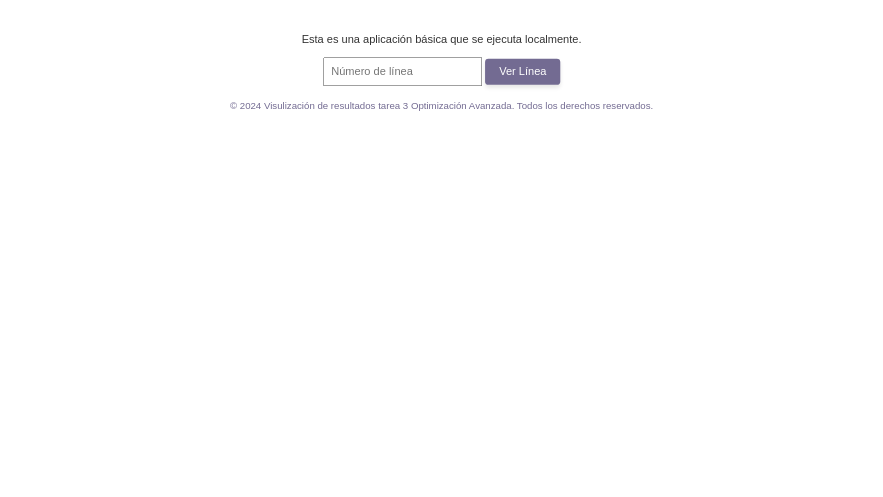
Repository: cflorido/Front_T3
Page: index.html
These files come from the project's save history. The page is drawn as it stood at one moment and after the next save; the edit follows.
The browser window is 1280 px wide. The pictures show the whole page, at 69% of full size.

Above is the page before, as saved 2024-10-22 19:02:12.

### index.html
<!DOCTYPE html>
<html lang="es">
<head>
    <meta charset="UTF-8">
    <meta name="viewport" content="width=device-width, initial-scale=1.0">
    <title>Mi Aplicación HTML Básica</title>
    <style>
        body {
            font-family: Arial, sans-serif;
            background-color: #ffffff; /* Color de fondo */
            color: #333;
            text-align: center;
            padding: 20px;
        }
        button {
            padding: 10px 20px;
            font-size: 16px;
            cursor: pointer;
            background-color: #736B92; /* Color de fondo del botón */
            color: white; /* Color del texto */
            border: none; /* Sin borde */
            border-radius: 5px; /* Bordes redondeados */
            transition: background-color 0.3s; /* Efecto de transición */
            box-shadow: 0 4px 6px rgba(0, 0, 0, 0.1); /* Sombra */
        }
        button:hover {
            background-color: #7D5C65; /* Color más oscuro al pasar el mouse */
        }
        #contenido {
            margin-top: 20px;
            padding: 10px;
            border: 1px solid #7C90DB; /* Borde color */
            background-color: #fff; /* Fondo blanco */
            border-radius: 8px; /* Bordes redondeados */
            box-shadow: 0 2px 10px rgba(0, 0, 0, 0.2); /* Sombra */
            display: none; /* Oculto por defecto */
        }
        table {
            margin: 20px auto;
            border-collapse: collapse;
            width: 80%;
            border-radius: 8px; /* Bordes redondeados */
            overflow: hidden; /* Esconde bordes */
        }
        th, td {
            border: 1px solid #736B92; /* Borde de las celdas */
            padding: 10px;
            text-align: center;
            width: 14.28%; /* Para que se divida el espacio en 7 columnas */
        }
        th {
            background-color: #9593D9; /* Color de fondo del encabezado */
            color: white; /* Color del texto en el encabezado */
            font-weight: bold; /* Texto en negrita */
        }
        td {
            background-color: #E5BEED; /* Color de fondo de las celdas */
            transition: background-color 0.3s; /* Efecto de transición */
        }
        td.utilizado {
            background-color: #7C90DB; /* Color para las franjas utilizadas */
            color: white; /* Color del texto en las celdas utilizadas */
            font-weight: bold; /* Texto en negrita */
        }
        .footer {
            margin-top: 20px;
            font-size: 14px;
            color: #736B92; /* Color del texto del pie de página */
        }
    </style>
</head>
<body>
    <h1>




    </h1>
    <p>Esta es una aplicación básica que se ejecuta localmente.</p>

    <input type="number" id="numeroLinea" placeholder="Número de línea" min="1" style="padding: 10px; font-size: 16px;">
    <button onclick="cargarLinea()">Ver Línea</button>

    <div id="contenido"></div>

    <div class="footer">
        <p>&copy; 2024 Visulización de resultados tarea 3 Optimización Avanzada. Todos los derechos reservados.</p>
    </div>

    <script>
        let lineas = []; // Array para almacenar las líneas del archivo

        // Función para cargar el contenido del archivo y dividirlo en líneas
        function cargarContenido() {
            fetch('data.txt')
                .then(response => {
                    if (!response.ok) {
                        throw new Error('Error al cargar el archivo: ' + response.statusText);
                    }
                    return response.text();
                })
                .then(data => {
                    lineas = data.split('\n'); // Divide el contenido en líneas
                })
                .catch(error => {
                    console.error(error);
                    alert('No se pudo cargar el contenido.');
                });
        }

        // Función para mostrar la línea seleccionada
        function cargarLinea() {
            const numeroLinea = document.getElementById("numeroLinea").value;
            const contenidoDiv = document.getElementById("contenido");

            // Verificar si el número de línea es válido
            if (numeroLinea > 0 && numeroLinea <= lineas.length) {
                const horario = JSON.parse(lineas[numeroLinea - 1]); // Parsear la línea como JSON
                mostrarHorario(horario); // Mostrar el horario en forma de tabla
                contenidoDiv.style.display = 'block'; // Muestra el div
            } else {
                alert('Número de línea no válido. Intenta de nuevo.');
            }
        }

        // Función para mostrar el horario en una tabla
        function mostrarHorario(horario) {
            const contenidoDiv = document.getElementById("contenido");
            contenidoDiv.innerHTML = ''; // Limpiar el contenido previo

            // Crear la tabla
            const tabla = document.createElement('table');
            const thead = document.createElement('thead');
            const tbody = document.createElement('tbody');

            // Crear encabezado de la tabla
            const encabezado = document.createElement('tr');
            const dias = ['Franja Horaria', 'Lunes', 'Martes', 'Miércoles', 'Jueves', 'Viernes', 'Sábado', 'Domingo'];
            dias.forEach(dia => {
                const th = document.createElement('th');
                th.textContent = dia;
                encabezado.appendChild(th);
            });
            thead.appendChild(encabezado);
            tabla.appendChild(thead);

            // Crear filas de horarios
            for (let i = 0; i < 12; i++) { // 12 franjas horarias
                const fila = document.createElement('tr');

                // Calcular la franja horaria
                const horaInicio = (i * 2) % 24;
                const horaFin = (horaInicio + 2) % 24;
                const franjaHoraria = `${horaInicio < 10 ? '0' : ''}${horaInicio}:00 - ${horaFin < 10 ? '0' : ''}${horaFin}:00`;

                // Añadir la franja horaria a la celda
                const celdaFranja = document.createElement('td');
                celdaFranja.textContent = franjaHoraria;
                fila.appendChild(celdaFranja);

                for (let j = 0; j < 7; j++) { // 7 días de la semana
                    const celda = document.createElement('td');
                    celda.textContent = horario[i * 7 + j]; // Calcular la posición en el array
                    if (horario[i * 7 + j] === 1) {
                        celda.classList.add('utilizado'); // Añadir clase si es utilizado
                    }
                    fila.appendChild(celda);
                }
                tbody.appendChild(fila);
            }

            tabla.appendChild(tbody);
            contenidoDiv.appendChild(tabla);
        }

        // Cargar el contenido del archivo al inicio
        cargarContenido();
    </script>
</body>
</html>

After the next save:
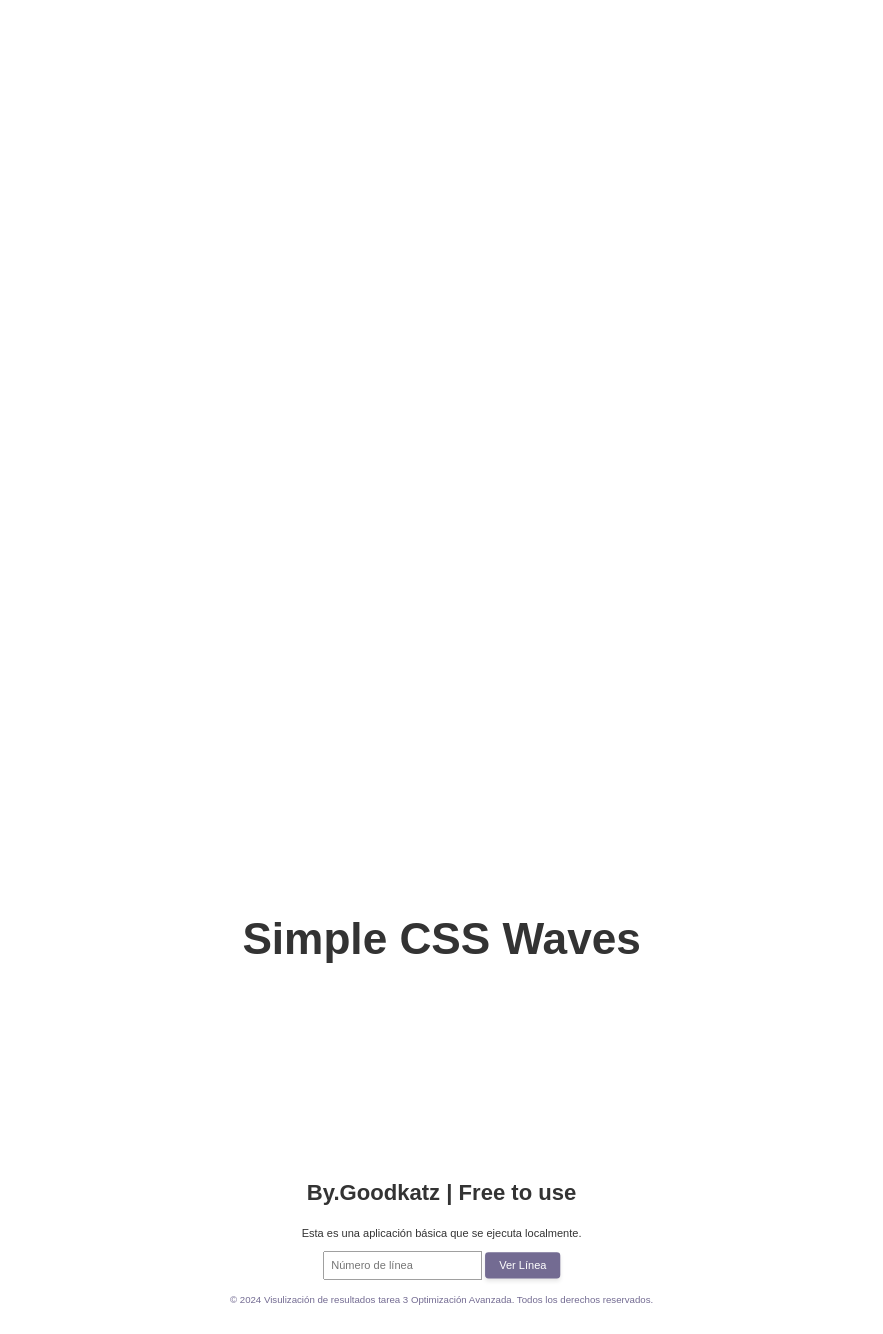
Saved 9 s later.
--- a/index.html
+++ b/index.html
@@ -73,7 +73,47 @@
     <h1>
 
 
-
+        <div class="header">
+
+            <!--Content before waves-->
+            <div class="inner-header flex">
+            <!--Just the logo.. Don't mind this-->
+            <svg version="1.1" class="logo" baseProfile="tiny" id="Layer_1" xmlns="http://www.w3.org/2000/svg"
+            xmlns:xlink="http://www.w3.org/1999/xlink" x="0px" y="0px" viewBox="0 0 500 500" xml:space="preserve">
+            <path fill="#FFFFFF" stroke="#000000" stroke-width="10" stroke-miterlimit="10" d="M57,283" />
+            <g><path fill="#fff"
+            d="M250.4,0.8C112.7,0.8,1,112.4,1,250.2c0,137.7,111.7,249.4,249.4,249.4c137.7,0,249.4-111.7,249.4-249.4
+            C499.8,112.4,388.1,0.8,250.4,0.8z M383.8,326.3c-62,0-101.4-14.1-117.6-46.3c-17.1-34.1-2.3-75.4,13.2-104.1
+            c-22.4,3-38.4,9.2-47.8,18.3c-11.2,10.9-13.6,26.7-16.3,45c-3.1,20.8-6.6,44.4-25.3,62.4c-19.8,19.1-51.6,26.9-100.2,24.6l1.8-39.7    c35.9,1.6,59.7-2.9,70.8-13.6c8.9-8.6,11.1-22.9,13.5-39.6c6.3-42,14.8-99.4,141.4-99.4h41L333,166c-12.6,16-45.4,68.2-31.2,96.2  c9.2,18.3,41.5,25.6,91.2,24.2l1.1,39.8C390.5,326.2,387.1,326.3,383.8,326.3z" />
+            </g>
+            </svg>
+            <h1>Simple CSS Waves</h1>
+            </div>
+
+            <!--Waves Container-->
+            <div>
+            <svg class="waves" xmlns="http://www.w3.org/2000/svg" xmlns:xlink="http://www.w3.org/1999/xlink"
+            viewBox="0 24 150 28" preserveAspectRatio="none" shape-rendering="auto">
+            <defs>
+            <path id="gentle-wave" d="M-160 44c30 0 58-18 88-18s 58 18 88 18 58-18 88-18 58 18 88 18 v44h-352z" />
+            </defs>
+            <g class="parallax">
+            <use xlink:href="#gentle-wave" x="48" y="0" fill="rgba(255,255,255,0.7" />
+            <use xlink:href="#gentle-wave" x="48" y="3" fill="rgba(255,255,255,0.5)" />
+            <use xlink:href="#gentle-wave" x="48" y="5" fill="rgba(255,255,255,0.3)" />
+            <use xlink:href="#gentle-wave" x="48" y="7" fill="#fff" />
+            </g>
+            </svg>
+            </div>
+            <!--Waves end-->
+
+            </div>
+            <!--Header ends-->
+
+            <!--Content starts-->
+            <div class="content flex">
+              <p>By.Goodkatz | Free to use </p>
+            </div>
 
     </h1>
     <p>Esta es una aplicación básica que se ejecuta localmente.</p>
